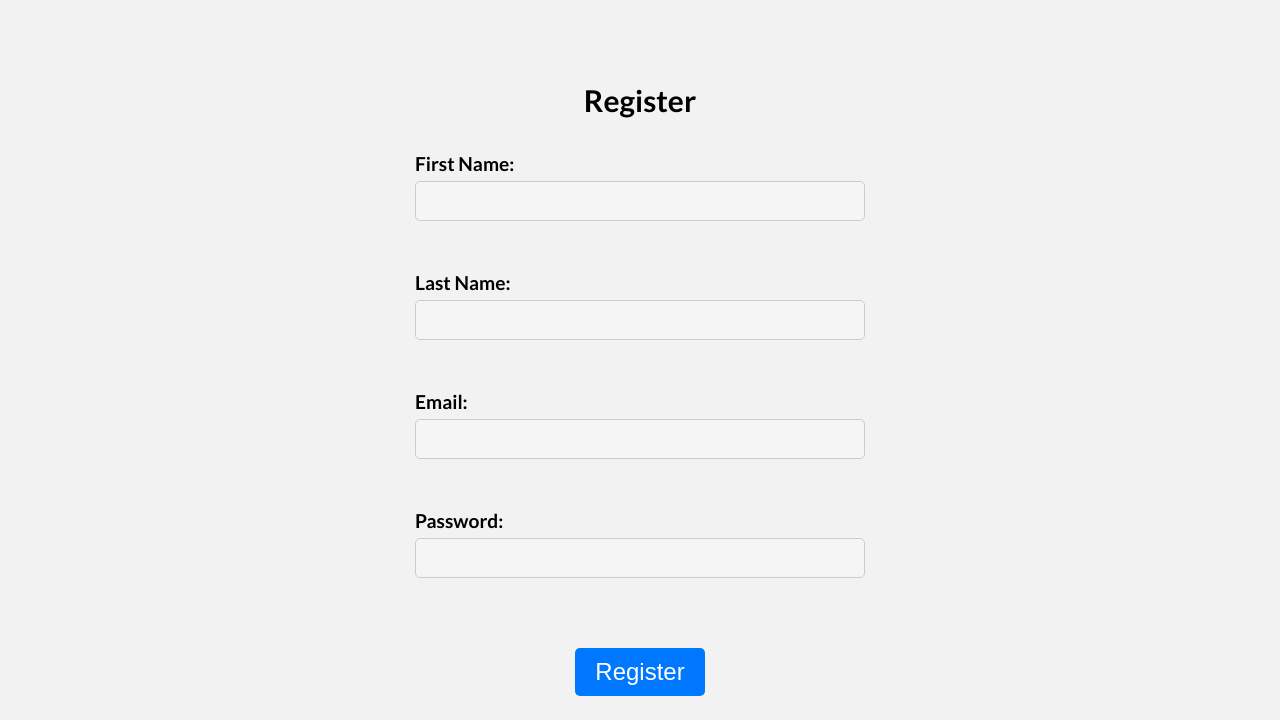
Repository: DannyMyles/iGammer
Page: /registration
The author's editor kept a copy of each file at every save. The page is drawn from the files as they stood at one save, then again after the next save.
The browser window is 1280 px wide. The pictures show the whole page.
The project was rebuilt for these pictures with package versions that can differ from the ones it lists, and the page was loaded fresh each time. Also part of the build but not shown: src/components/footer/footer.css, src/components/footer/Footer.tsx, src/components/navbar/navbar.css, src/components/navbar/Navbar.tsx, src/pages/games/games.css, src/pages/games/Games.tsx, src/pages/home/home.css, src/pages/home/Home.tsx and 3 more.

Above is the page before, as saved 2023-03-16 11:55:21.

After the next save:
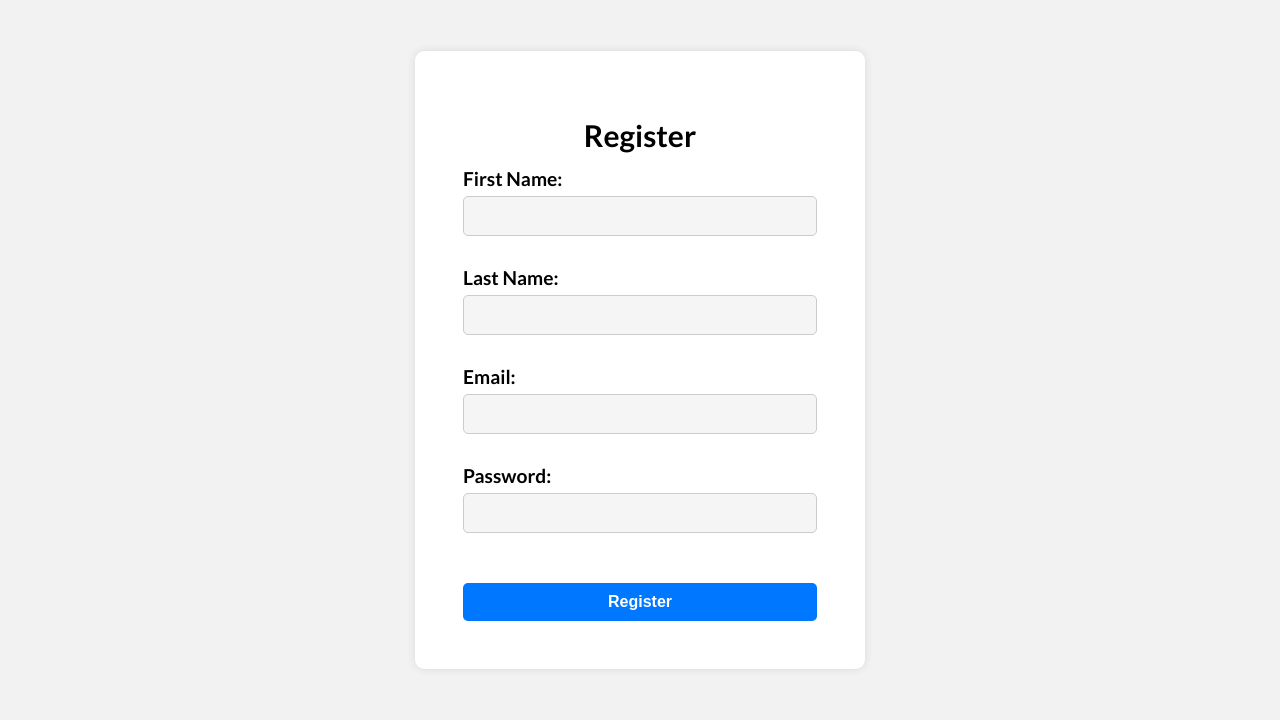
Saved 2 min 51 s later.
--- a/src/pages/login/login.css
+++ b/src/pages/login/login.css
@@ -11,9 +11,13 @@
   }
   form {
     display: flex;
-  flex-direction: column;
-  gap: 20px;
-  margin-top: 40px;
+    flex-direction: column;
+    text-align: left;
+    width: 400px;
+    padding: 3rem;
+    background-color: white;
+    border-radius:.6rem;
+    box-shadow: 0px 0px 10px rgba(0, 0, 0, 0.1);
 }
 
   label {
@@ -38,19 +42,17 @@
   }
 
   button {
-  padding: .5em 1em;
-  font-size: 1.5rem;
-  font-weight: lighter;
-  color: white;
-  background-color: hsl(var(--primary-hsl), .25);
-  border: 1px solid hsl(var(--primary-hsl));
-  border-radius: .25em;
-  outline: none;
-  cursor: pointer;
+    width: 100%;
+    padding: 10px;
+    border-radius: 5px;
+    border: none;
+    background-color: #0077cc;
+    color: white;
+    font-size: 16px;
+    font-weight: bold;
+    cursor: pointer;
   }
 
-  button:hover,
-  button:focus
-  {
-    background-color: hsl(var(--primary-hsl), .4);
+  button:hover {
+    background-color: #0066b3;
   }
